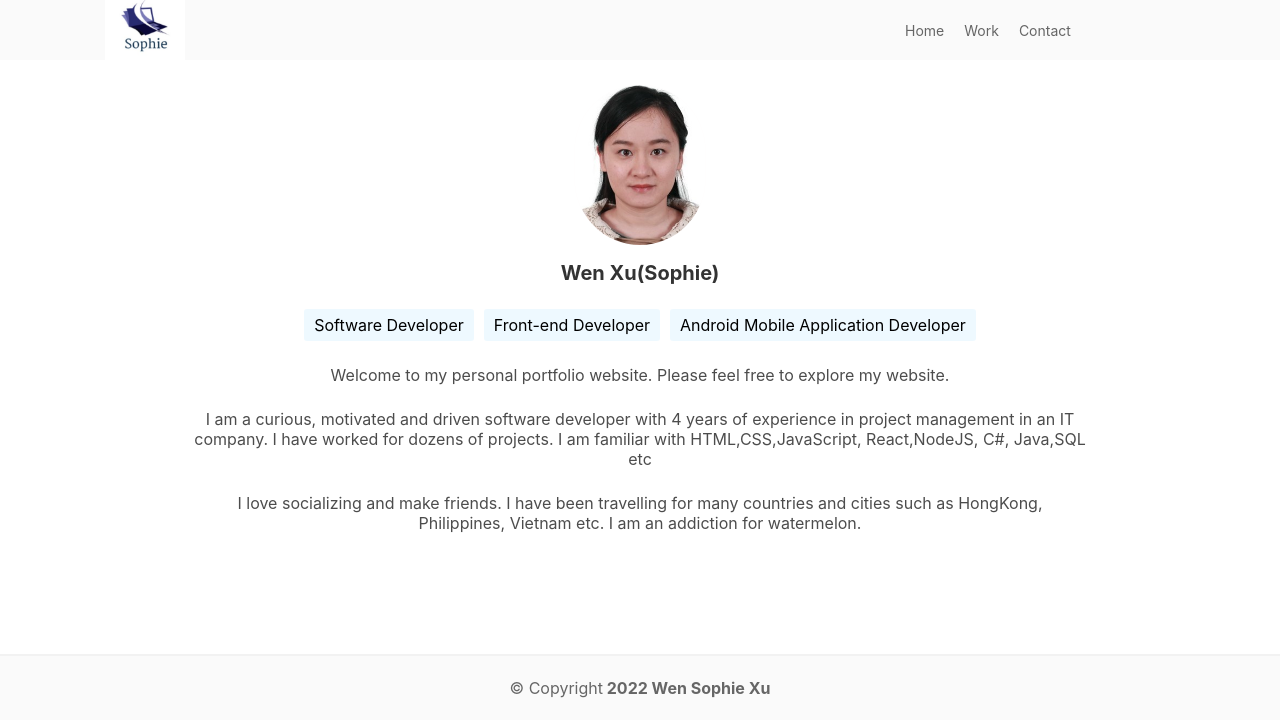
Repository: wenxi0504/myResume_app
Page: /
An editor plug-in stored every save of this project. The page is shown before and after the next save, followed by the edit.
The browser window is 1280 px wide. The pictures show the whole page.
The project was rebuilt for these pictures with package versions that can differ from the ones it lists, and the page was loaded fresh each time. Also part of the build but not shown: src/pages/WorkPage/works.module.scss, src/components/WorkLists/work.module.scss, src/components/WorkLists/index.js, src/pages/WorkPage/index.js, src/pages/Contact/contact.module.scss, src/pages/Contact/index.js.

Above is the page before, as saved 2022-01-04 22:51:22.

### src/index.js
import React from 'react';
import ReactDOM from 'react-dom';
import './index.css';
import App from './pages/App';
import reportWebVitals from './reportWebVitals';
import { BrowserRouter as Router} from 'react-router-dom'



ReactDOM.render(
  <Router>
    <App />
  </Router>,
  document.getElementById('root')
);

// If you want to start measuring performance in your app, pass a function
// to log results (for example: reportWebVitals(console.log))
// or send to an analytics endpoint. Learn more: https://bit.ly/CRA-vitals
reportWebVitals();

### src/index.css
body {
  margin: 0;
  padding: 0;
  font-family: -apple-system, BlinkMacSystemFont, "Segoe UI", "Roboto", "Oxygen",
    "Ubuntu", "Cantarell", "Fira Sans", "Droid Sans", "Helvetica Neue",
    sans-serif;
  -webkit-font-smoothing: antialiased;
  -moz-osx-font-smoothing: grayscale;
}

code {
  font-family: source-code-pro, Menlo, Monaco, Consolas, "Courier New",
    monospace;
}


body, h1, h2, h3, h4, h5, h6, hr, p, blockquote, dl, dt, dd, ul, ol, li, pre, form, fieldset, legend, button, input, textarea, th, td {
  margin:0; padding:0;
}
body, button, input, select, textarea {
  font:12px/1.5tahoma, arial, \5b8b\4f53;
}
h1, h2, h3, h4, h5, h6{
  font-size:100%;
  color:rgb(51, 51, 51);
}
address, cite, dfn, em, var {
  font-style:normal;
}
code, kbd, pre, samp {
  font-family:couriernew, courier, monospace;
}
small{
  font-size:12px;
}
ul, ol {
  list-style:none;

}

a {
  text-decoration:none;
}

sup {
  vertical-align:text-top;
}
sub{
  vertical-align:text-bottom;
}
legend {
  color:#000;
}
fieldset, img {
  border:0;
}
button, input, select, textarea {
  font-size:100%;
}
table {
  border-collapse:collapse; border-spacing:0;
}


html,body,#root{
   width: 100%;
   height: 100%;
}

code {
  font-family: source-code-pro, Menlo, Monaco, Consolas, "Courier New",
    monospace;
}

### src/pages/App.js
import logo from "./logo.svg";
import styles from "./App.module.scss";
import { Link, Routes, Route } from "react-router-dom";
import HomePage from "./HomePage";
import WorkPage from "./WorkPage";
import Contact from "./Contact";
function App() {
  //get value of location

  return (
    <div className={styles.App}>
      {/*Header*/}
      <header className={styles.header}>
        <div className={styles.box}>
          <Link to="/">
            <div className={styles.boxleft}>
              <img src={require("../../src/assets/images/logo.jpg")} alt="sophie"/>
            </div>
          </Link>
          <div className={styles.boxright}>
            <Link to="/">
              <p>Home</p>
            </Link>
            <Link to="/works">
              <p>Work</p>
            </Link>
            <Link to="/contact">
              <p>Contact</p>
            </Link>
          </div>
        </div>
      </header>

      {/* Content */}
      <section className={styles.content}>
        <div>
          <Routes>
            <Route path="/" exact element={<HomePage />} />
            <Route path="/works" exact element={<WorkPage />} />
            <Route path="/contact" exact element={<Contact />} />
          </Routes>
        </div>
      </section>

      {/*footer*/}
      <footer className={styles.footer}>
        <p>
          © Copyright<b> 2022 Wen Sophie Xu</b>
        </p>
      </footer>
    </div>
  );
}

export default App;

### src/pages/App.module.scss
.App {
  display: flex;
  min-height: 100vh;
  flex-direction: column;
  .content {
    flex: 1;
    text-align: center;
  }
  .header {
    background-color: rgb(250, 250, 250);
    height: 60px;
    .selected {
      color: #333 !important;
      padding-bottom: 5px;
      border-bottom: 1.5px solid #333;
    }
    .box {
      width: 70%;
      height: 100%;

      display: flex;
      align-items: center;
      justify-content: space-between;
      a:hover {
        text-decoration: none;
      }
      .boxleft {
        img{
          width:80px;
          height:70px;
          object-fit:cover;
        }
        padding: 0px 5px 0px 100px;
        margin: 10px 5px;
      }


      .boxright {
        display: inline-flex;
        justify-content: flex-start;
        padding: 0px 5px 0px 100px;
        margin: 0px 5px 0px 600px;
        p {
          margin: 0px 10px;
          font-size: 14px;
          color: rgb(102, 102, 102);
        }
      }
      div {
        cursor: pointer;
      }
    }
  }
  .footer {
    text-align: center;
    padding: 20px 0px;
    margin-top: 10px;;
    color: rgb(102, 102, 102);
    background: #fafafa;
    border-top: 2px solid #f2f2f2;
    p {
      padding: 2px 0px;
    }
  }
}

### src/pages/HomePage/index.js
// eslint-disable-next-line no-unused-vars
import React, { Component } from 'react';
import styles from'./home.module.scss'


// eslint-disable-next-line import/no-anonymous-default-export
export default () => {
    return <div className={styles.wrap}>
        {/* Personal Info*/}
       <section className={styles.brief}>

       <img className={styles.backgroundColor} src={require("../../assets/images/wenxuReact2.jpg")} alt="sophie"/>
       <h2>Wen Xu(Sophie)</h2>

       <ul>
          <li>Software Developer</li>
          <li>Front-end Developer</li>
          <li>Android Mobile Application Developer</li>
       </ul>
       <p>Welcome to my personal portfolio website. Please feel free to explore my website.</p>
       <p>I am a curious, motivated and driven software developer with 4 years of experience in project management in an IT company. I have worked for dozens of projects. I am familiar with HTML,CSS,JavaScript, React,NodeJS, C#, Java,SQL etc </p>
       <p>I love socializing and make friends. I have been travelling for many countries and cities such as HongKong, Philippines, Vietnam etc. I am an addiction for watermelon. </p>
       </section>

        </div>
}

### src/pages/HomePage/home.module.scss

    .wrap{
        flex: 1;
        width: 70%;
        margin: 5px auto;
        .brief{
           text-align: center;


            h2{
              padding: 12px 0px;
              font-size: 20px;
            }

            img{

               width: 130px;
               height: 160px;
               border-radius: 150px;
               margin-top: 20px;
               box-shadow:0px 0px 2px 0px rgb(253, 251, 251)

            }
            img:hover{
                box-shadow: 0px 0px 15px 3px rgb(246, 239, 233)
            }



           ul{
            display: flex;
            justify-content: center;
             li{
                padding: 6px 10px;
                background: rgba(87, 199, 255, 0.1);
                margin: 12px 5px;
                border-radius: 3px;
             }
           }

           p{
            padding: 12px 0px;
            color: rgba(0, 0, 0, 0.7);
          }
        }

        .work{
            text-align: center;
            padding-top: 40px;
            padding-bottom: 25px;
            .title{
              h3{
                font-size: 30px;
                padding-bottom: 12px;
                color: rgba(0,0,0,.8);
                font-weight: 400;
              }
              p{
                color: rgba(0, 0, 0, 0.7);
              }
            }

    }
}

Loaded but not shown: public/index.html (common file); src/reportWebVitals.js (common file)

After the next save:
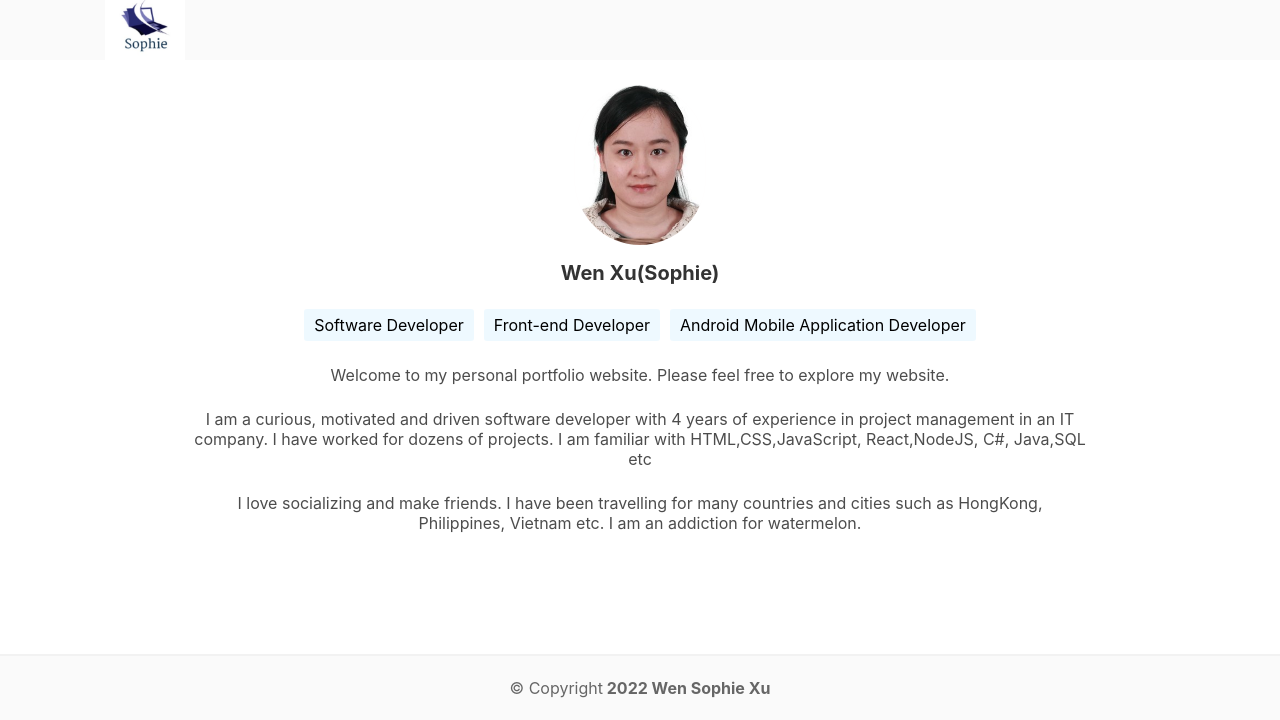
Saved 16 s later.
--- a/src/pages/App.module.scss
+++ b/src/pages/App.module.scss
@@ -44,6 +44,10 @@
           margin: 0px 10px;
           font-size: 14px;
           color: rgb(102, 102, 102);
+          background:brown;
+      transform:scaleX(0);
+      transform-origin: right;
+      transition: transform 0.5s;
         }
       }
       div {

After the 2 saves that followed:
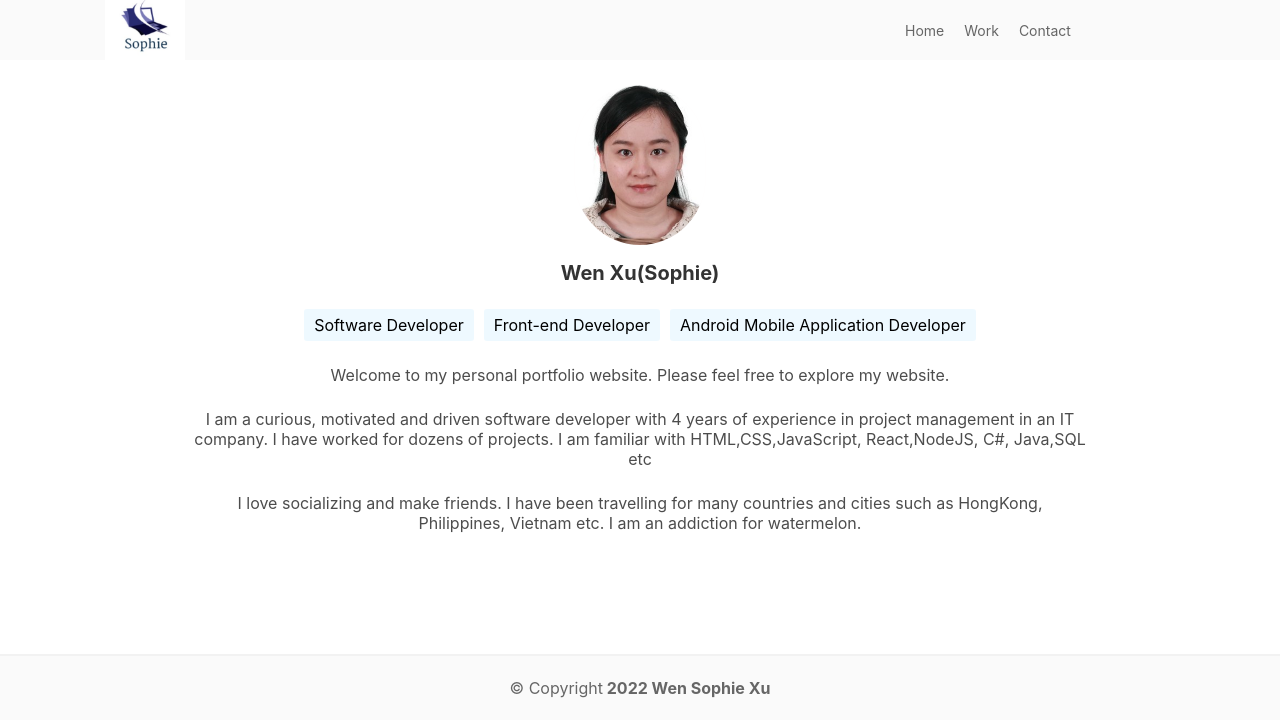
The 2 saves are shown as one change because 1 left the picture as it was.
The last was saved 53 s later.
--- a/src/pages/App.module.scss
+++ b/src/pages/App.module.scss
@@ -44,10 +44,8 @@
           margin: 0px 10px;
           font-size: 14px;
           color: rgb(102, 102, 102);
-          background:brown;
-      transform:scaleX(0);
-      transform-origin: right;
-      transition: transform 0.5s;
+          border-bottom: 0px solid #000;
+
         }
       }
       div {
